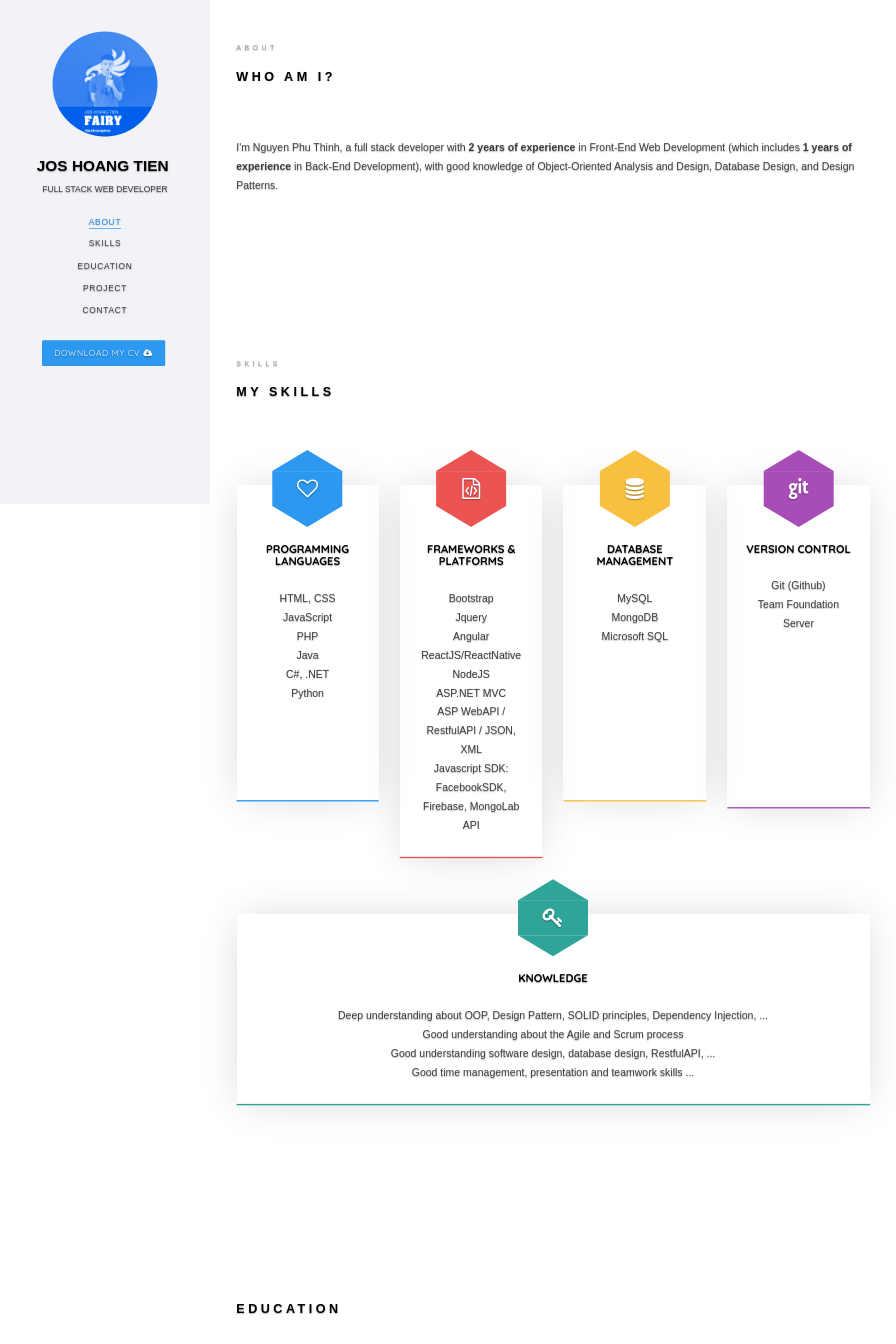
Repository: thinhnpptit/my-cv
Page: index.html
The author's editor kept a copy of each file at every save. The page is drawn from the files as they stood at one save, then again after the next save.
The browser window is 1280 px wide. The pictures show the part of the page from y = 0 to 1920 px (the page is 4302 px tall), at 70% of full size.
Some web fonts or font styles are not loaded; a fallback is used.

Above is the page before, as saved 2021-06-22 22:09:58.
Console error: TypeError: $(...).stick_in_parent is not a function

### index.html

<!DOCTYPE HTML>
<html>
	<head>
	<meta charset="utf-8">
	<meta http-equiv="X-UA-Compatible" content="IE=edge">
	<title>MY CV</title>
	<meta name="viewport" content="width=device-width, initial-scale=1">
	<meta name="description" content="" />
	<meta name="keywords" content="" />
	<meta name="author" content="" />

  <!-- Facebook and Twitter integration -->
	<meta property="og:title" content=""/>
	<meta property="og:image" content=""/>
	<meta property="og:url" content=""/>
	<meta property="og:site_name" content=""/>
	<meta property="og:description" content=""/>
	<meta name="twitter:title" content="" />
	<meta name="twitter:image" content="" />
	<meta name="twitter:url" content="" />
	<meta name="twitter:card" content="" />

	<!-- Place favicon.ico and apple-touch-icon.png in the root directory -->
	<link rel="shortcut icon" href="favico.png">

	<link href="https://fonts.googleapis.com/css?family=Quicksand:300,400,500,700" rel="stylesheet">
	<link href="https://fonts.googleapis.com/css?family=Playfair+Display:400,400i,700" rel="stylesheet">

	<!-- Animate.css -->
	<link rel="stylesheet" href="css/animate.css">
	<!-- Icomoon Icon Fonts-->
	<link rel="stylesheet" href="css/icomoon.css">
	<!-- Bootstrap  -->
	<link rel="stylesheet" href="css/bootstrap.css">
	<!-- Flexslider  -->
	<link rel="stylesheet" href="css/flexslider.css">
	<!-- Flaticons  -->
	<link rel="stylesheet" href="fonts/flaticon/font/flaticon.css">
	<!-- Owl Carousel -->
	<link rel="stylesheet" href="css/owl.carousel.min.css">
	<link rel="stylesheet" href="css/owl.theme.default.min.css">
	<!-- Theme style  -->
	<link rel="stylesheet" href="css/style.css">
	<!-- Font Waresome -->
	<link rel="stylesheet" href="https://cdnjs.cloudflare.com/ajax/libs/font-awesome/4.7.0/css/font-awesome.min.css">

	<!-- Modernizr JS -->
	<script src="js/modernizr-2.6.2.min.js"></script>
	<!-- FOR IE9 below -->
	<!--[if lt IE 9]>
	<script src="js/respond.min.js"></script>
	<![endif]-->

	</head>
	<body>
	<div id="colorlib-page">
		<div class="container-wrap">
		<a href="#" class="js-colorlib-nav-toggle colorlib-nav-toggle" data-toggle="collapse" data-target="#navbar" aria-expanded="false" aria-controls="navbar"><i></i></a>
		<aside id="colorlib-aside" role="complementary" class="border js-fullheight">
			<div class="text-center">
				<div class="author-img" style="background-image: url(images/avatar.jpg);"></div>
				<h1 id="colorlib-logo"><a href="index.html">JOS HOANG TIEN</a></h1>
				<span class="position">Full Stack Web Developer</span>
			</div>
			<nav id="colorlib-main-menu" role="navigation" class="navbar">
				<div id="navbar" class="collapse">
					<ul>
						<li class="active"><a href="#" data-nav-section="about">About</a></li>
						<li><a href="#" data-nav-section="skills">Skills</a></li>
						<li><a href="#" data-nav-section="education">Education</a></li>
						<li><a href="#" data-nav-section="experience">Project</a></li>
						<li><a href="#" data-nav-section="contact">Contact</a></li>
					</ul>
				</div>
			</nav>

			<div class="colorlib-footer">
				<a href="https://github.com/lamsaodecode/cv/blob/master/cv.pdf" target="_blank" class="btn btn-primary btn-learn text-center">Download My CV <i class="fa fa-cloud-download" aria-hidden="true"></i></a>
			</div>

		</aside>

		<div id="colorlib-main">
			<section class="colorlib-about" data-section="about">
				<div class="colorlib-narrow-content">
					<div class="row">
						<div class="col-md-12">
							<div class="row row-bottom-padded-sm animate-box" data-animate-effect="fadeInLeft">
								<div class="col-md-12">
									<div class="about-desc">
										<span class="heading-meta">ABOUT</span>
										<h2 class="colorlib-heading">Who Am I?</h2>
										<p>I'm Nguyen Phu Thinh, a full stack developer with <strong>2 years of experience</strong> in Front-End Web Development (which includes <strong>1 years of experience</strong> in Back-End Development), with good knowledge of Object-Oriented
											Analysis and Design, Database Design, and Design Patterns.</p>
										<!-- <p>Learning new languages and technologies is what I am passionate about (I self-taught Django with 3 weeks). I am considered a team-player because I like to help other and tend to work well within groups. I can also do some mentoring tasks and do code reviewing for other team members.</p> -->
										<!-- <span>Target: -->
										</span>
									</div>
								</div>
							</div>
						</div>
					</div>
				</div>
			</section>


			<section class="colorlib-skills" data-section="skills">
				<div class="colorlib-narrow-content">
					<div class="row">
						<div class="col-md-6 col-md-offset-3 col-md-pull-3 ">
							<span class="heading-meta">SKILLS</span>
							<h2 class="colorlib-heading">MY SKILLS</h2>
						</div>
					</div>
					<div class="row row-pt-md">
						<div class="col-md-3 text-center animate-box">
							<div class="services color-1">
								<span class="icon">
									<i class="fa fa-heart-o" aria-hidden="true"></i>
								</span>
								<div class="desc">
									<h3>PROGRAMMING LANGUAGES</h3>
									<ul>
										<li>HTML, CSS</li>
										<li>JavaScript</li>
										<li>PHP</li>
										<li>Java</li>
										<li>C#, .NET</li>
										<li>Python</li>
										<br>
										<br>
										<br>
									</ul>
									<br>
								</div>
							</div>
						</div>
						<div class="col-md-3 text-center animate-box">
							<div class="services color-2">
								<span class="icon">
									<i class="fa fa-file-code-o" aria-hidden="true"></i>
								</span>
								<div class="desc">
									<h3>FRAMEWORKS & PLATFORMS
									</h3>
									<ul>
										<li>Bootstrap</li>
										<li>Jquery</li>
										<li>Angular</li>
										<li>ReactJS/ReactNative</li>
										<li>NodeJS</li>
										<li>ASP.NET MVC</li>
										<li>ASP WebAPI / RestfulAPI / JSON, XML</li>
										<li>Javascript SDK: FacebookSDK, Firebase, MongoLab API</li>
									</ul>
								</div>
							</div>
						</div>
						<div class="col-md-3 text-center animate-box">
							<div class="services color-3">
								<span class="icon">
									<i class="fa fa-database" aria-hidden="true"></i>
								</span>
								<div class="desc">
									<h3>Database Management</h3>
									<ul>
										<li>MySQL</li>
										<li>MongoDB</li>
										</li>Microsoft SQL</li>
										<br>
										<br>
										<br>
										<br>
										<br>
										<br>
										<br>
										<br>
									</ul>
								</div>
							</div>
						</div>
						<div class="col-md-3 text-center animate-box">
							<div class="services color-4">
								<span class="icon">
									<i class="fa fa-git" aria-hidden="true"></i>
								</span>
								<div class="desc">
									<h3>VERSION CONTROL</h3>
									<ul>
										<li>Git (Github)</li>
										<li>Team Foundation Server</li>
										<br>
										<br>
										<br>
										<br>
										<br>
										<br>
										<br>
										<br>
									</ul>
								</div>
							</div>
						</div>
						<div class="col-md-12 text-center animate-box">
							<div class="services color-5">
								<span class="icon">
									<i class="fa fa-key" aria-hidden="true"></i>
								</span>
								<div class="desc">
									<h3>KNOWLEDGE</h3>
									<ul>
										<li>Deep understanding about OOP, Design Pattern, SOLID principles, Dependency Injection, ...</li>
										<li>Good understanding about the Agile and Scrum process</li>
										<li>Good understanding software design, database design, RestfulAPI, ...</li>
										<li>Good time management, presentation and teamwork skills ...</li>
									</ul>
								</div>
							</div>
						</div>
					</div>
				</div>
			</section>



			<section class="colorlib-education" data-section="education">
				<div class="colorlib-narrow-content">
					<div class="row">
						<div class="col-md-6 col-md-offset-3 col-md-pull-3 animate-box" data-animate-effect="fadeInLeft">
							<h2 class="colorlib-heading animate-box">EDUCATION</h2>
						</div>
					</div>
					<div class="row">
						<div class="col-md-12 animate-box" data-animate-effect="fadeInLeft">
							<div class="fancy-collapse-panel">
								<div class="panel-group" id="accordion" role="tablist" aria-multiselectable="true">
									<div class="panel panel-default">
									    <div class="panel-heading" role="tab" id="headingOne">
									        <h4 class="panel-title">
									            <a data-toggle="collapse" data-parent="#accordion" href="#collapseOne" aria-expanded="true" aria-controls="collapseOne">2015 - 2018</a>
									        </h4>
									    </div>
									    <div id="collapseOne" class="panel-collapse collapse in" role="tabpanel" aria-labelledby="headingOne">
									         <div class="panel-body">
									            <div class="row">
										      		<div class="col-md-6">
														  <p>Currently a former student of FPT University</p>
														  <p>Team leader in the Capstone Project. Highest Capstone Project score in that semester.</p>
										      		</div>
										      		<div class="col-md-6">
										      			<p>FPT University, Vietnam</p>
										      		</div>
										      	</div>
									         </div>
									    </div>
									</div>
								</div>
							</div>

						</div>
					</div>
					<div class="row">
						<div class="col-md-12 animate-box" data-animate-effect="fadeInLeft">
							<div class="fancy-collapse-panel">
								<div class="panel-group" id="accordion" role="tablist" aria-multiselectable="true">
									<div class="panel panel-default">
									    <div class="panel-heading" role="tab" id="headingOne">
									        <h4 class="panel-title">
									            <a data-toggle="collapse" data-parent="#accordion" href="#collapseOne" aria-expanded="true" aria-controls="collapseOne">2019 - 2021</a>
									        </h4>
									    </div>
									    <div id="collapseOne" class="panel-collapse collapse in" role="tabpanel" aria-labelledby="headingOne">
									         <div class="panel-body">
									            <div class="row">
										      		<div class="col-md-6">
														  <p>Currently a student at Bach Khoa Aptech School</p>
														  <p>Participated in The Face contests</p>
										      		</div>
										      		<div class="col-md-6">
										      			<p>Bach Khoa Aptech Educational System</p>
										      		</div>
										      	</div>
									         </div>
									    </div>
									</div>
								</div>
							</div>

						</div>
					</div>
				</div>
			</section>

			<section class="colorlib-experience" data-section="experience">
				<div class="colorlib-narrow-content">
					<div class="row">
						<div class="col-md-6 col-md-offset-3 col-md-pull-3 animate-box" data-animate-effect="fadeInLeft">
							<h2 class="colorlib-heading animate-box">EXPERIENCES</h2>
						</div>
					</div>
					<div class="row">
						<div class="col-md-12">
				         <div class="timeline-centered">
					         <article class="timeline-entry animate-box" data-animate-effect="fadeInLeft">
					            <div class="timeline-entry-inner">
					               <div class="timeline-icon color-1">
										<i class="fa fa-pencil-square-o" aria-hidden="true"></i>
					               </div>

					               <div class="timeline-label">
					                  	<h2><a href="#">08/2016</a><span></span></h2>
										<p><strong>Project:</strong> Social Forum</p>
										<p><strong>Project Description:</strong> A free forum that provides lessons, fun activities, sharing experiences, and more. Interact whenever you want.</p>
										<p><strong>Team Size:</strong> 1</p>
										<p><strong>Accomplishments:</strong> Learned the optimization of each command line, the frameworks of each command line at execution</p>
										<p><strong>Technologies:</strong> HTML/CSS/JavaScript, Jquery, PHP, MySQL</p>
										<!-- <div class="text-center">
											<a name="" id="" class="btn btn-primary" href="#" role="button">View Page</a>
										</div> -->
										<div class="list-img text-center">
											<!-- Images -->
										</div>
								   </div>
								   <br>
								</div>
					         </article>
					      </div>
					   </div>
					   <div class="col-md-12">
						<div class="timeline-centered">
							<article class="timeline-entry animate-box" data-animate-effect="fadeInLeft">
							   <div class="timeline-entry-inner">
								  <div class="timeline-icon color-1">
										<i class="fa fa-pencil-square-o" aria-hidden="true"></i>
								  </div>

								  <div class="timeline-label">
										<h2><a href="#">2018 - PRESENT</a><span></span></h2>
									   <p>Join project development with the team</p>
									   <p>Teaching assistant at vteam</p>
									   <!-- <div class="text-center">
										   <a name="" id="" class="btn btn-primary" href="#" role="button">View Page</a>
									   </div> -->
									   <div class="list-img text-center">
										   <!-- Image -->
									   </div>
								  </div>
								  <br>
							   </div>
							</article>
						 </div>
					  </div>
				   </div>
				</div>
			</section>

			<section class="colorlib-contact" data-section="contact">
				<div class="colorlib-narrow-content">
					<div class="row">
						<div class="col-md-6 col-md-offset-3 col-md-pull-3 animate-box" data-animate-effect="fadeInLeft">
							<span class="heading-meta">CONTACT</span>
							<h2 class="colorlib-heading">My Contact</h2>
						</div>
					</div>
					<div class="row">
						<div class="col-md-12">
							<div class="colorlib-feature colorlib-feature-sm animate-box" data-animate-effect="fadeInLeft">
								<div class="colorlib-icon">
									<i class="fa fa-envelope-o" aria-hidden="true"></i>
								</div>
								<div class="colorlib-text">
									<p><a href="mailto:hoangtienaptech@gmail.com">hoangtienaptech@gmail.com</a></p>
								</div>
							</div>
							<div class="colorlib-feature colorlib-feature-sm animate-box" data-animate-effect="fadeInLeft">
								<div class="colorlib-icon">
									<i class="fa fa-map-marker" aria-hidden="true"></i>
								</div>
								<div class="colorlib-text">
									<p><a href="">238 Hoang Quoc Viet, Bac Tu Lien, Hanoi</a></p>
								</div>
							</div>
							<div class="colorlib-feature colorlib-feature-sm animate-box" data-animate-effect="fadeInLeft">
								<div class="colorlib-icon">
									<i class="fa fa-phone" aria-hidden="true"></i>
								</div>
								<div class="colorlib-text">
									<p><a href="tel:+84393932114">+84393932114</a></p>
								</div>
							</div>
						</div>
					</div>
				</div>
			</section>

		</div><!-- end:colorlib-main -->
	</div><!-- end:container-wrap -->
	</div><!-- end:colorlib-page -->

	<!-- jQuery -->
	<script src="js/jquery.min.js"></script>
	<!-- jQuery Easing -->
	<script src="js/jquery.easing.1.3.js"></script>
	<!-- Bootstrap -->
	<script src="js/bootstrap.min.js"></script>
	<!-- Waypoints -->
	<script src="js/jquery.waypoints.min.js"></script>
	<!-- Flexslider -->
	<script src="js/jquery.flexslider-min.js"></script>
	<!-- Owl carousel -->
	<script src="js/owl.carousel.min.js"></script>
	<!-- Counters -->
	<script src="js/jquery.countTo.js"></script>

	<!-- MAIN JS -->
	<script src="js/main.js"></script>

	</body>
</html>

### css/flexslider.css
/*
 * jQuery FlexSlider v2.6.0
 * http://www.woothemes.com/flexslider/
 *
 * Copyright 2012 WooThemes
 * Free to use under the GPLv2 and later license.
 * http://www.gnu.org/licenses/gpl-2.0.html
 *
 * Contributing author: Tyler Smith (@mbmufffin)
 *
 */
/* ====================================================================================================================
 * FONT-FACE
 * ====================================================================================================================*/
/*@font-face {
  font-family: 'flexslider-icon';
  src: url('fonts/flexslider-icon.eot');
  src: url('fonts/flexslider-icon.eot?#iefix') format('embedded-opentype'), url('fonts/flexslider-icon.woff') format('woff'), url('fonts/flexslider-icon.ttf') format('truetype'), url('fonts/flexslider-icon.svg#flexslider-icon') format('svg');
  font-weight: normal;
  font-style: normal;
}*/
/* ====================================================================================================================
 * RESETS
 * ====================================================================================================================*/
 .flex-container a:hover,
 .flex-slider a:hover {
   outline: none;
 }
 .slides,
 .slides > li,
 .flex-control-nav,
 .flex-direction-nav {
   margin: 0;
   padding: 0;
   list-style: none;
 }
 .flex-pauseplay span {
   text-transform: capitalize;
 }
 /* ====================================================================================================================
  * BASE STYLES
  * ====================================================================================================================*/
 .flexslider {
   margin: 0;
   padding: 0;
 }
 .flexslider .slides > li {
   display: none;
   -webkit-backface-visibility: hidden;
 }
 .flexslider .slides img {
   width: 100%;
   display: block;
 }
 .flexslider .slides:after {
   /*content: "\0020";*/
   display: block;
   clear: both;
   visibility: hidden;
   line-height: 0;
   height: 0;
 }
 html[xmlns] .flexslider .slides {
   display: block;
 }
 * html .flexslider .slides {
   height: 1%;
 }
 .no-js .flexslider .slides > li:first-child {
   display: block;
 }
 /* ====================================================================================================================
  * DEFAULT THEME
  * ====================================================================================================================*/
 .flexslider {
   margin: 0 0 60px;
   background: #ffffff;
   border: 4px solid #ffffff;
   position: relative;
   zoom: 1;
   -webkit-border-radius: 4px;
   -moz-border-radius: 4px;
   border-radius: 4px;
   -webkit-box-shadow: '' 0 1px 4px rgba(0, 0, 0, 0.2);
   -moz-box-shadow: '' 0 1px 4px rgba(0, 0, 0, 0.2);
   -o-box-shadow: '' 0 1px 4px rgba(0, 0, 0, 0.2);
   box-shadow: '' 0 1px 4px rgba(0, 0, 0, 0.2);
 }
 .flexslider .slides {
   zoom: 1;
 }
 .flexslider .slides img {
   height: auto;
   -moz-user-select: none;
 }
 .flex-viewport {
   max-height: 2000px;
   -webkit-transition: all 1s ease;
   -moz-transition: all 1s ease;
   -ms-transition: all 1s ease;
   -o-transition: all 1s ease;
   transition: all 1s ease;
 }
 .loading .flex-viewport {
   max-height: 300px;
 }
 .carousel li {
   margin-right: 5px;
 }
 .flex-direction-nav {
   *height: 0;
 }
 .flex-direction-nav a {
   text-decoration: none;
   display: block;
   width: 40px;
   height: 40px;
   margin: -20px 0 0;
   position: absolute;
   top: 50%;
   z-index: 10;
   overflow: hidden;
   opacity: 0;
   cursor: pointer;
   color: rgba(0, 0, 0, 0.8);
   text-shadow: 1px 1px 0 rgba(255, 255, 255, 0.3);
   -webkit-transition: all 0.3s ease-in-out;
   -moz-transition: all 0.3s ease-in-out;
   -ms-transition: all 0.3s ease-in-out;
   -o-transition: all 0.3s ease-in-out;
   transition: all 0.3s ease-in-out;
 }
 .flex-direction-nav a:before {
   font-family: "flexslider-icon";
   font-size: 40px;
   display: inline-block;
   content: '\f001';
   color: rgba(0, 0, 0, 0.8);
   text-shadow: 1px 1px 0 rgba(255, 255, 255, 0.3);
 }
 .flex-direction-nav a.flex-next:before {
   content: '\f002';
 }
 .flex-direction-nav .flex-prev {
   left: -50px;
 }
 .flex-direction-nav .flex-next {
   right: -50px;
   text-align: right;
 }
 .flexslider:hover .flex-direction-nav .flex-prev {
   opacity: 0.7;
   left: 10px;
 }
 .flexslider:hover .flex-direction-nav .flex-prev:hover {
   opacity: 1;
 }
 .flexslider:hover .flex-direction-nav .flex-next {
   opacity: 0.7;
   right: 10px;
 }
 .flexslider:hover .flex-direction-nav .flex-next:hover {
   opacity: 1;
 }
 .flex-direction-nav .flex-disabled {
   opacity: 0!important;
   filter: alpha(opacity=0);
   cursor: default;
   z-index: -1;
 }
 .flex-pauseplay a {
   display: block;
   width: 20px;
   height: 20px;
   position: absolute;
   bottom: 5px;
   left: 10px;
   opacity: 0.8;
   z-index: 10;
   overflow: hidden;
   cursor: pointer;
   color: #000;
 }
 .flex-pauseplay a:before {
   font-family: "flexslider-icon";
   font-size: 20px;
   display: inline-block;
   content: '\f004';
 }
 .flex-pauseplay a:hover {
   opacity: 1;
 }
 .flex-pauseplay a.flex-play:before {
   content: '\f003';
 }
 .flex-control-nav {
   width: 100%;
   position: absolute;
   bottom: -40px;
   text-align: center;
 }
 .flex-control-nav li {
   margin: 0 6px;
   display: inline-block;
   zoom: 1;
   *display: inline;
 }
 .flex-control-paging li a {
   width: 11px;
   height: 11px;
   display: block;
   background: #666;
   background: rgba(0, 0, 0, 0.5);
   cursor: pointer;
   text-indent: -9999px;
   -webkit-box-shadow: inset 0 0 3px rgba(0, 0, 0, 0.3);
   -moz-box-shadow: inset 0 0 3px rgba(0, 0, 0, 0.3);
   -o-box-shadow: inset 0 0 3px rgba(0, 0, 0, 0.3);
   box-shadow: inset 0 0 3px rgba(0, 0, 0, 0.3);
   -webkit-border-radius: 20px;
   -moz-border-radius: 20px;
   border-radius: 20px;
 }
 .flex-control-paging li a:hover {
   background: #333;
   background: rgba(0, 0, 0, 0.7);
 }
 .flex-control-paging li a.flex-active {
   background: #000;
   background: rgba(0, 0, 0, 0.9);
   cursor: default;
 }
 .flex-control-thumbs {
   margin: 5px 0 0;
   position: static;
   overflow: hidden;
 }
 .flex-control-thumbs li {
   width: 25%;
   float: left;
   margin: 0;
 }
 .flex-control-thumbs img {
   width: 100%;
   height: auto;
   display: block;
   opacity: .7;
   cursor: pointer;
   -moz-user-select: none;
   -webkit-transition: all 1s ease;
   -moz-transition: all 1s ease;
   -ms-transition: all 1s ease;
   -o-transition: all 1s ease;
   transition: all 1s ease;
 }
 .flex-control-thumbs img:hover {
   opacity: 1;
 }
 .flex-control-thumbs .flex-active {
   opacity: 1;
   cursor: default;
 }
 /* ====================================================================================================================
  * RESPONSIVE
  * ====================================================================================================================*/
 @media screen and (max-width: 860px) {
   .flex-direction-nav .flex-prev {
     opacity: 1;
     left: 10px;
   }
   .flex-direction-nav .flex-next {
     opacity: 1;
     right: 10px;
   }
 }

Loaded but not shown: css/animate.css (library); css/bootstrap.css (library); css/owl.carousel.min.css (library); css/owl.theme.default.min.css (common file); js/modernizr-2.6.2.min.js (library); js/jquery.min.js (library); js/jquery.easing.1.3.js (library); js/bootstrap.min.js (library); js/jquery.waypoints.min.js (library); js/jquery.flexslider-min.js (library); js/owl.carousel.min.js (library); js/jquery.countTo.js (library); js/main.js (310 lines, source omitted); css/style.css (1971 lines, source omitted)

After the next save:
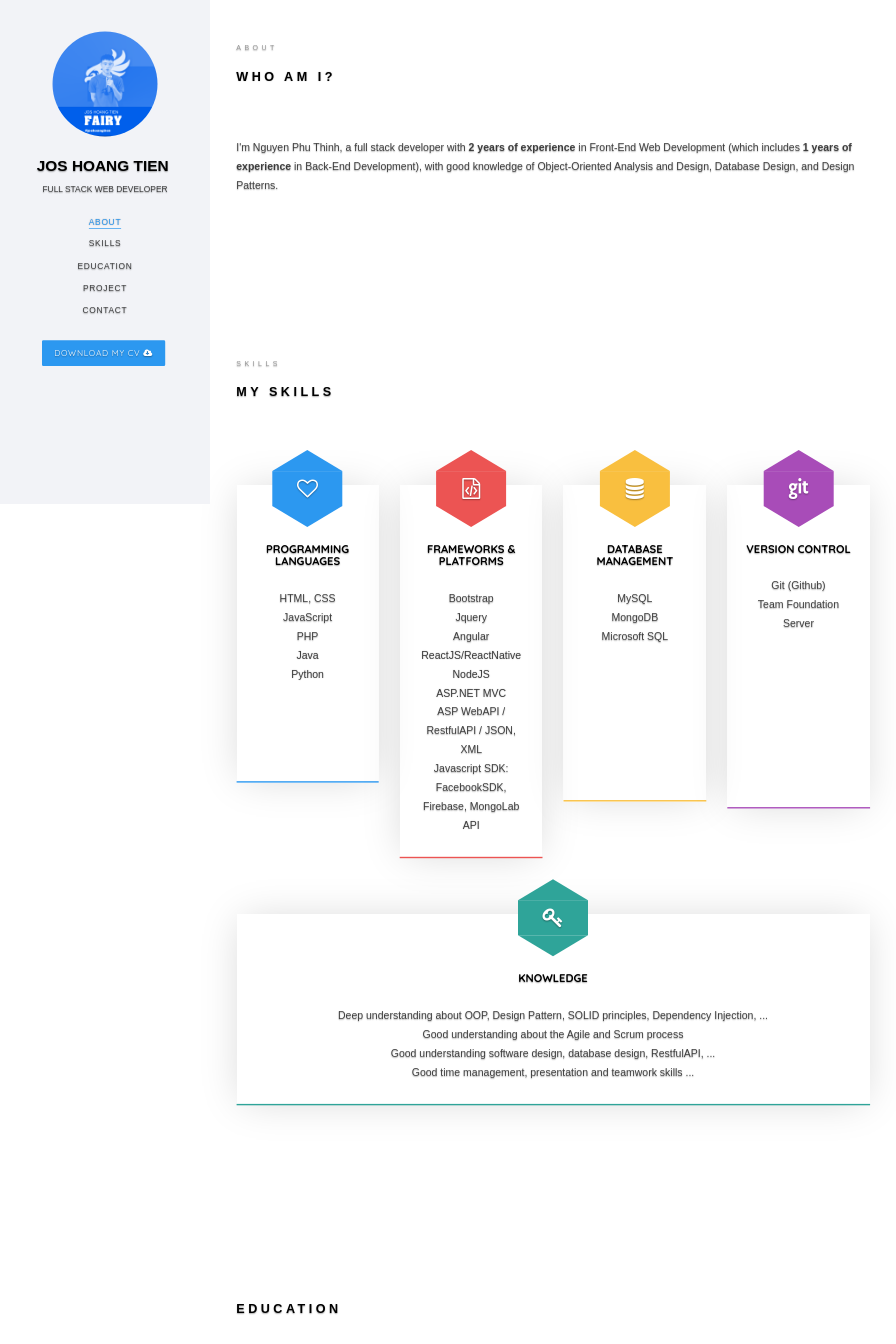
Saved 80 s later.
--- a/index.html
+++ b/index.html
@@ -126,7 +126,6 @@
 										<li>JavaScript</li>
 										<li>PHP</li>
 										<li>Java</li>
-										<li>C#, .NET</li>
 										<li>Python</li>
 										<br>
 										<br>
